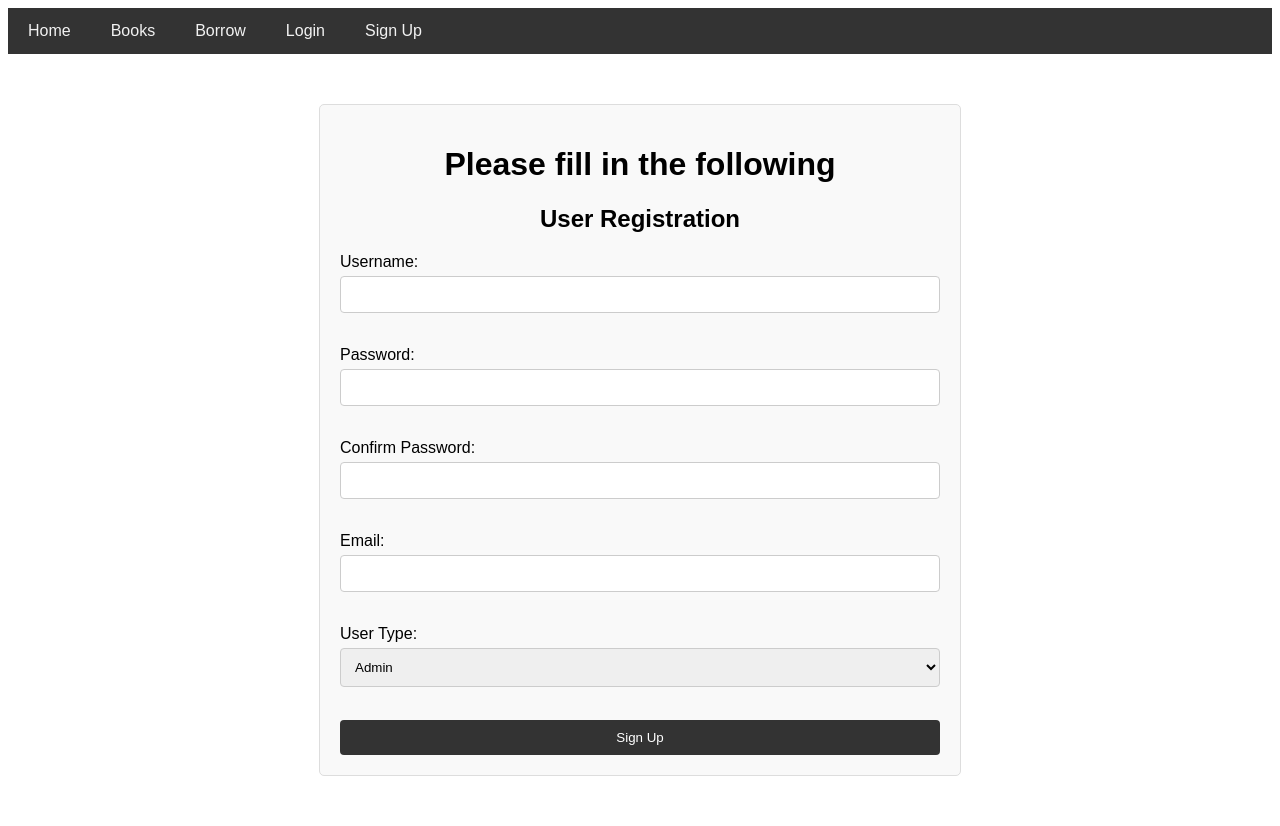
Repository: fadyesk12/Web-Technology-Course-Project
Page: auth/signup.html
The author's editor kept a copy of each file at every save. The page is drawn from the files as they stood at one save, then again after the next save.
The browser window is 1280 px wide. The pictures show the whole page.

Above is the page before, as saved 2024-04-19 02:20:58.

After the next save:
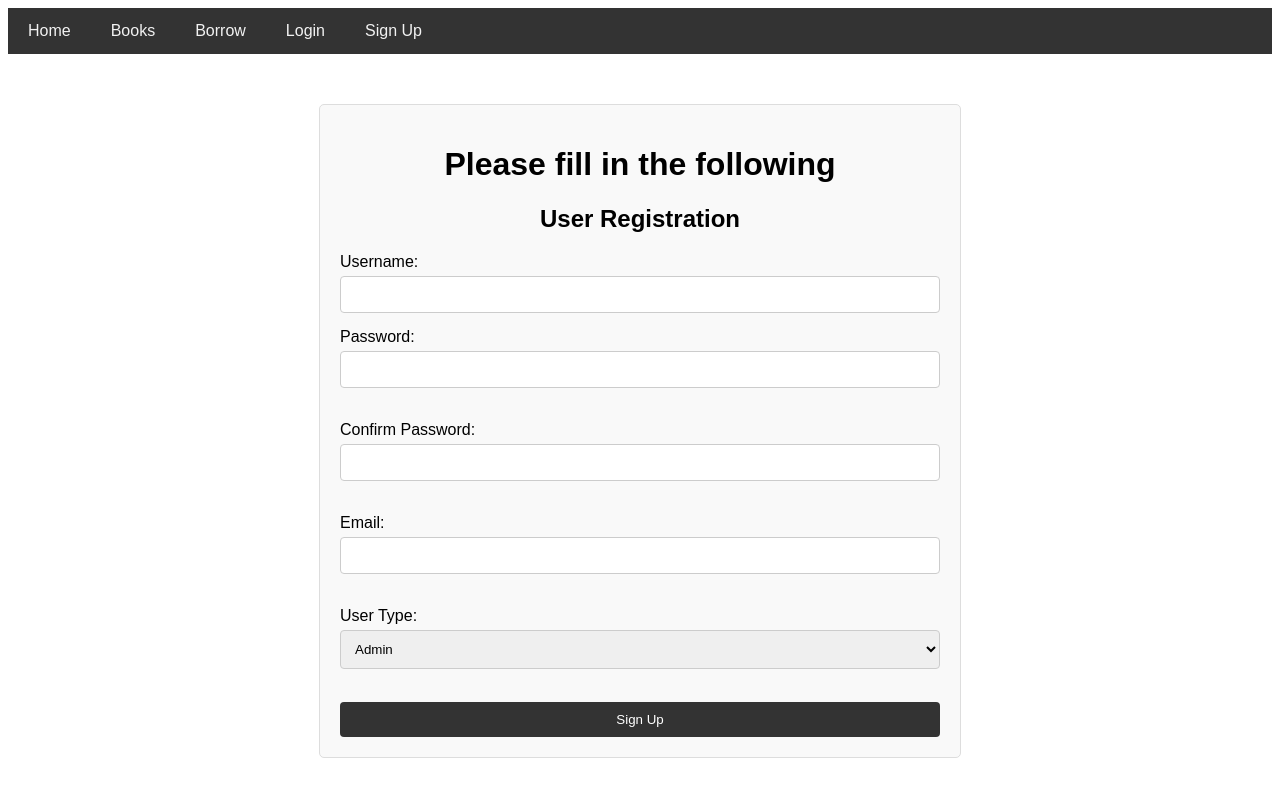
Saved 11 s later.
--- a/auth/signup.html
+++ b/auth/signup.html
@@ -22,7 +22,7 @@
     <form>
       <div>
         <label for="username">Username:</label>
-        <input type="text" id="username" name="username" required><br><br>
+        <input type="text" id="username" name="username" required>
       </div>
         <label for="password">Password:</label>
         <input type="password" id="password" name="password" required><br><br>
